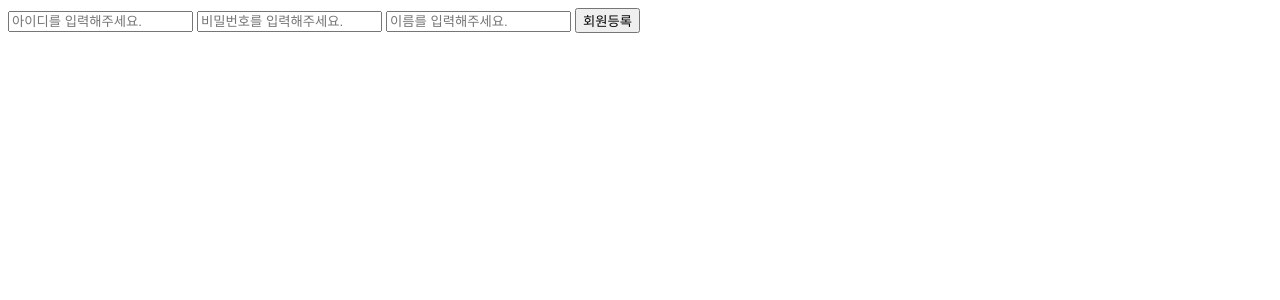
Repository: Luho0113/SpringBootStudy
Page: http://localhost/web/user-insert.jsp
The author's editor kept a copy of each file at every save. The page is drawn from the files as they stood at one save, then again after the next save.
The browser window is 1280 px wide. The pictures show the whole page.
The page is served by Tomcat 9. Other server files are loaded and not shown.

Above is the page before, as saved 2023-05-04 02:57:20.

### web/src/main/webapp/user-insert.jsp
<%@ page language="java" contentType="text/html; charset=UTF-8"
    pageEncoding="UTF-8"%>
<!DOCTYPE html>
<html>
<head>
<meta charset="UTF-8">
<title>회원 등록</title>
</head>
<body>

<form action="/user-insert-ok.jsp" method="POST">
	<!-- name속성은 key값(서버로 보내는), id속성은 자바스크립트에서 사용하기 위함 -->
	<input type="text" name="uiId" placeholder="아이디를 입력해주세요." />
	<input type="password" name="uiPwd" placeholder="비밀번호를 입력해주세요." />
	<input type="text" name="uiName" placeholder="이름를 입력해주세요." />
	<button>회원등록</button>
</form>

</body>
</html>

After the next save:
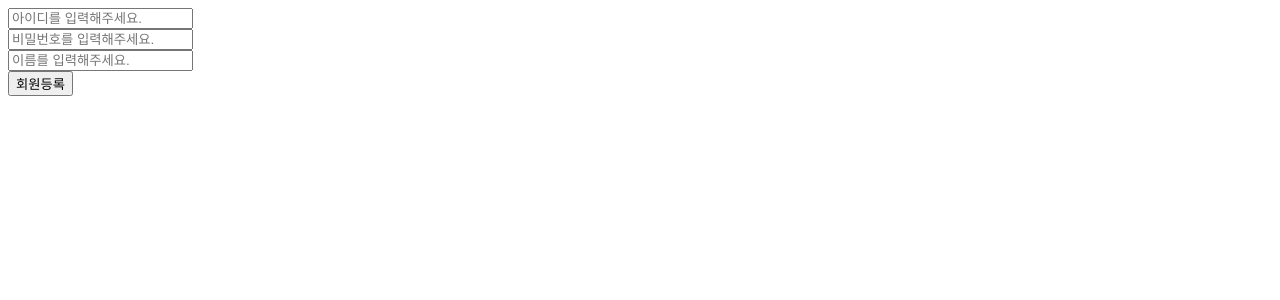
Saved 5 s later.
--- a/web/src/main/webapp/user-insert.jsp
+++ b/web/src/main/webapp/user-insert.jsp
@@ -10,9 +10,9 @@
 
 <form action="/user-insert-ok.jsp" method="POST">
 	<!-- name속성은 key값(서버로 보내는), id속성은 자바스크립트에서 사용하기 위함 -->
-	<input type="text" name="uiId" placeholder="아이디를 입력해주세요." />
-	<input type="password" name="uiPwd" placeholder="비밀번호를 입력해주세요." />
-	<input type="text" name="uiName" placeholder="이름를 입력해주세요." />
+	<input type="text" name="uiId" placeholder="아이디를 입력해주세요." /> <br>
+	<input type="password" name="uiPwd" placeholder="비밀번호를 입력해주세요." /> <br>
+	<input type="text" name="uiName" placeholder="이름를 입력해주세요." /> <br>
 	<button>회원등록</button>
 </form>
 
